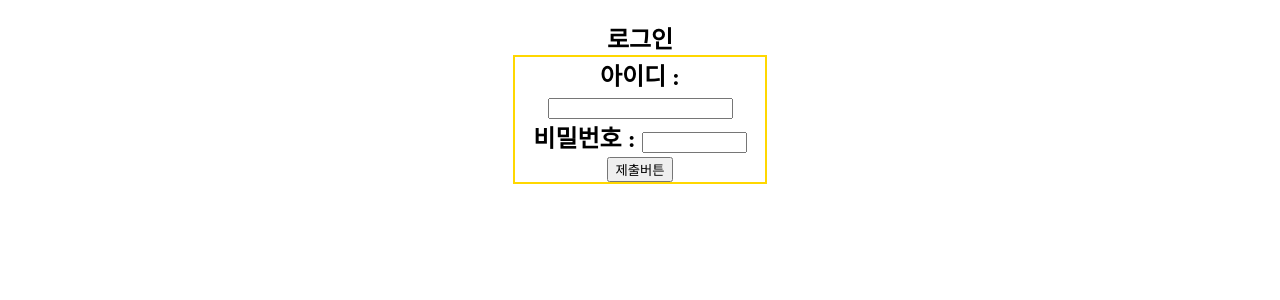
Repository: JaySurplusYoon/JSP_Servlet
Page: jsp01/WebContent/Human_info.html
These files come from the project's save history. The page is drawn as it stood at one moment and after the next save; the edit follows.
The browser window is 1280 px wide. The pictures show the whole page.

Above is the page before, as saved 2017-08-10 14:43:35.

After the next save:
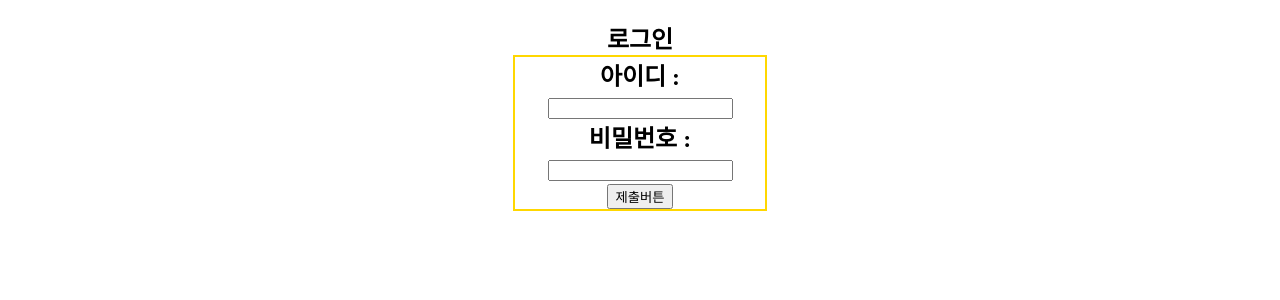
Saved 36 s later.
--- a/jsp01/WebContent/Human_info.html
+++ b/jsp01/WebContent/Human_info.html
@@ -23,7 +23,7 @@
 		<label id = "id">아이디 :</label>
 			<input type= "text" name= "id" id="id"/> <br>
 		<label pw = "password">비밀번호 :</label>
-			<input type = "password" name="pw" size='10'><br>
+			<input type = "password" name="pw" id='pw'><br>
 		<input type="submit" value="제출버튼">
 		</form>
 	</section>
